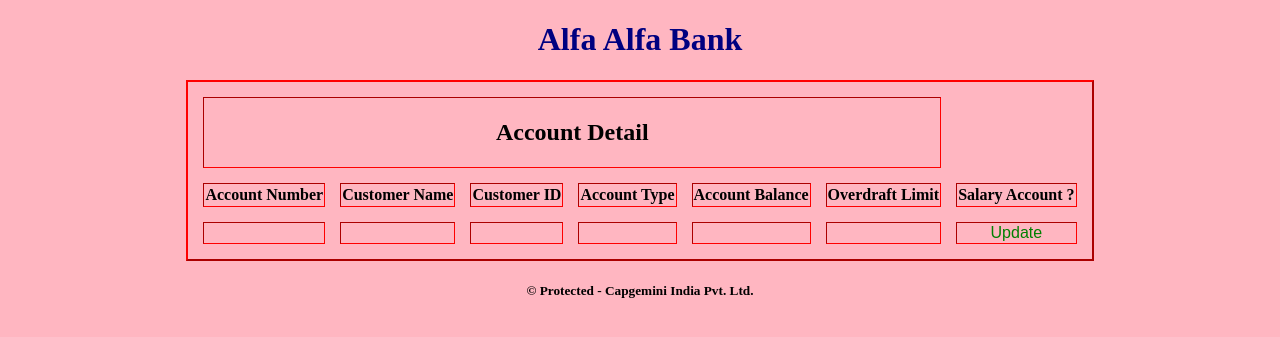
Repository: Rccalfa123/OnlineBankingApp
Page: http://localhost/AlfaAlfaBankApp/viewAccount.jsp
The author's editor kept a copy of each file at every save. The page is drawn from the files as they stood at one save, then again after the next save.
The browser window is 1280 px wide. The pictures show the whole page.
The page is served by Tomcat 9. The template is opened directly, without the code that normally fills it, so the values that code supplies are empty.

Above is the page before, as saved 2018-08-13 07:58:33.

After the next save:
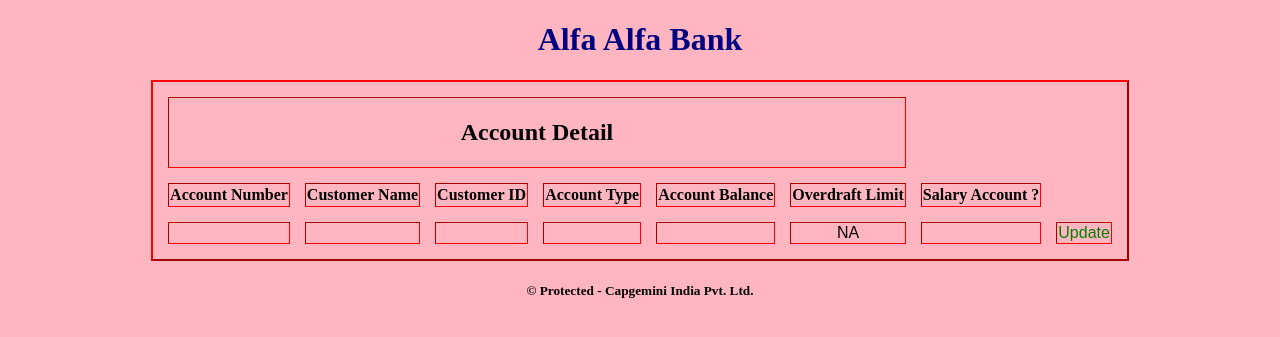
Saved 45 s later.
--- a/AlfaAlfaBankApp/WebContent/viewAccount.jsp
+++ b/AlfaAlfaBankApp/WebContent/viewAccount.jsp
@@ -40,8 +40,10 @@
 						<alfa:when
 							test='${sessionScope.createdbankAccount.accountType.equals("currentAccount")}'>
 							<td align="center">${sessionScope.createdbankAccount.odLimit}</td>
+							<td align="center">NA</td>
 						</alfa:when>
 						<alfa:otherwise>
+							<td align="center">NA</td>
 							<td align="center">${sessionScope.createdbankAccount.salary}</td>
 						</alfa:otherwise>
 					</alfa:choose>
